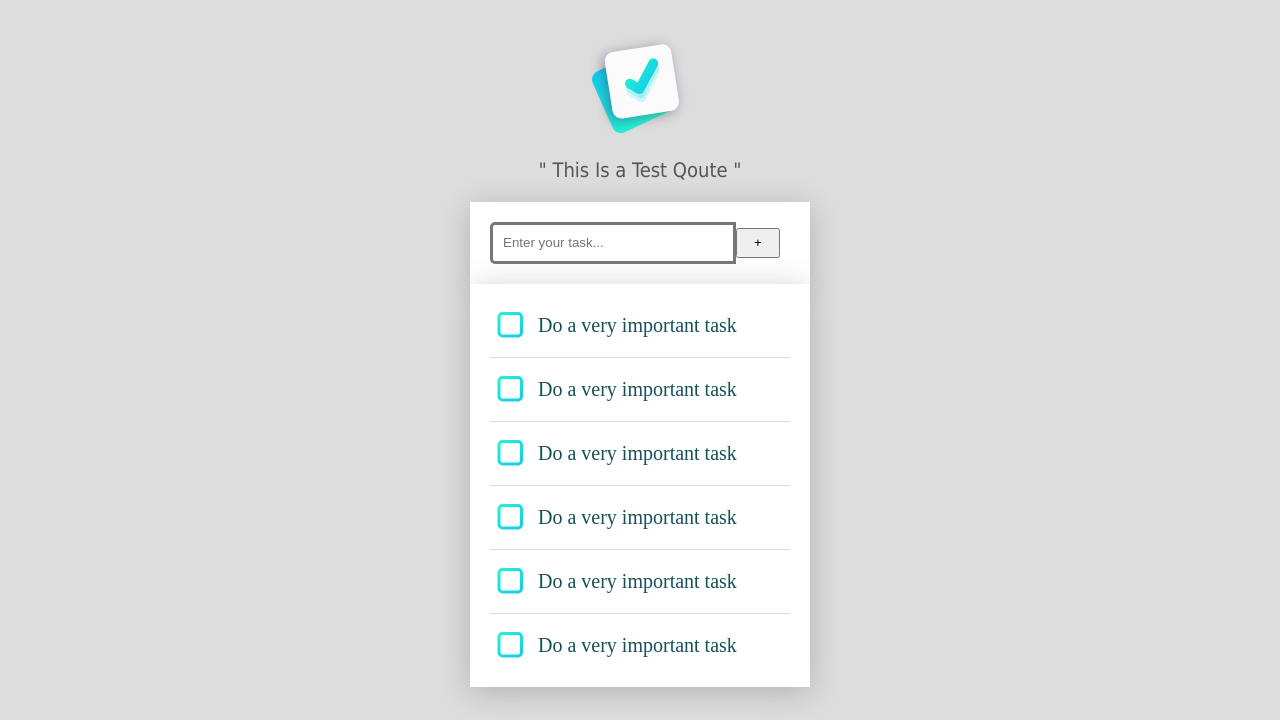
Repository: ahmedhamed15/React-Todo
Page: /
An editor plug-in stored every save of this project. The page is shown before and after the next save, followed by the edit.
The browser window is 1280 px wide. The pictures show the whole page.
The project was rebuilt for these pictures with package versions that can differ from the ones it lists, and the page was loaded fresh each time.

Above is the page before, as saved 2021-07-26 14:56:10.

After the next save:
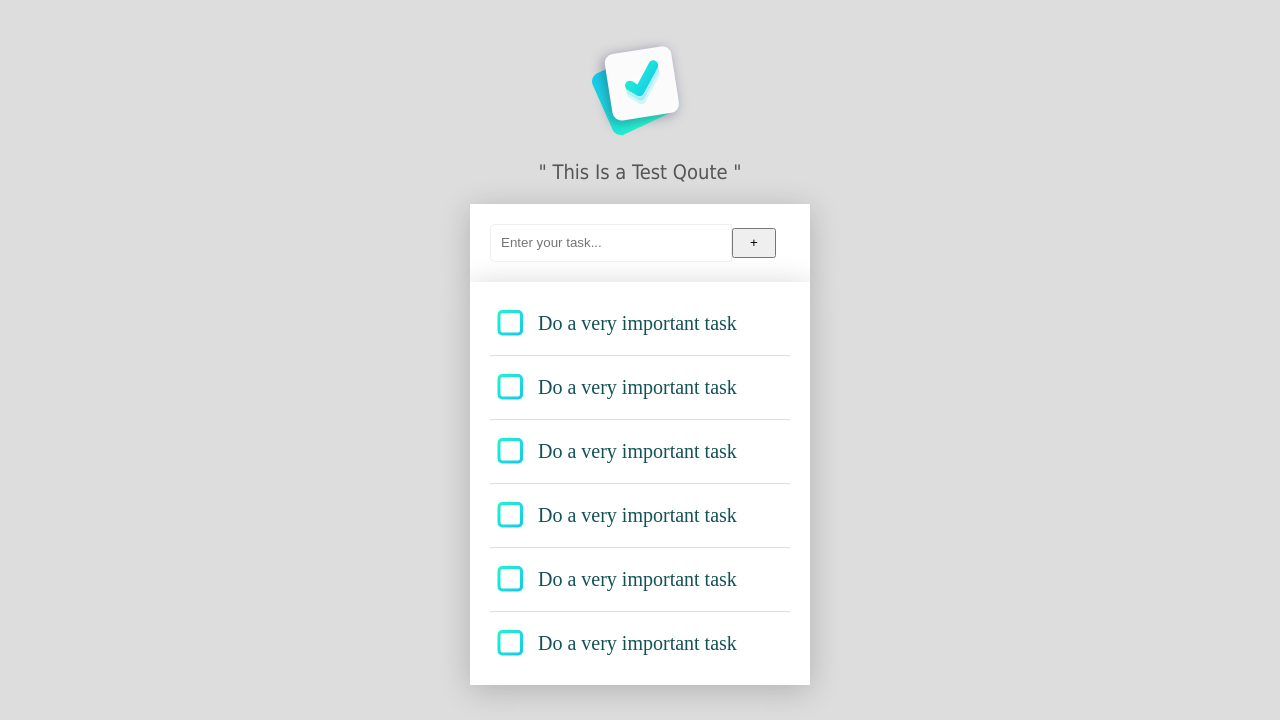
Saved 49 s later.
--- a/src/components/Todos/TodoForm/style.scss
+++ b/src/components/Todos/TodoForm/style.scss
@@ -13,9 +13,7 @@
         width: calc(80% - 20px);
         padding: 3px 10px;
         border-radius: 5px 0 0 5px;
-        border-width: 3px;
-        border-style: solid;
-        border-color: linear-gradient(to right, red , yellow);
+        border: 1px solid #EEE
     }
     .todo-form__button-type {
         width: calc(20% - 1rem)
